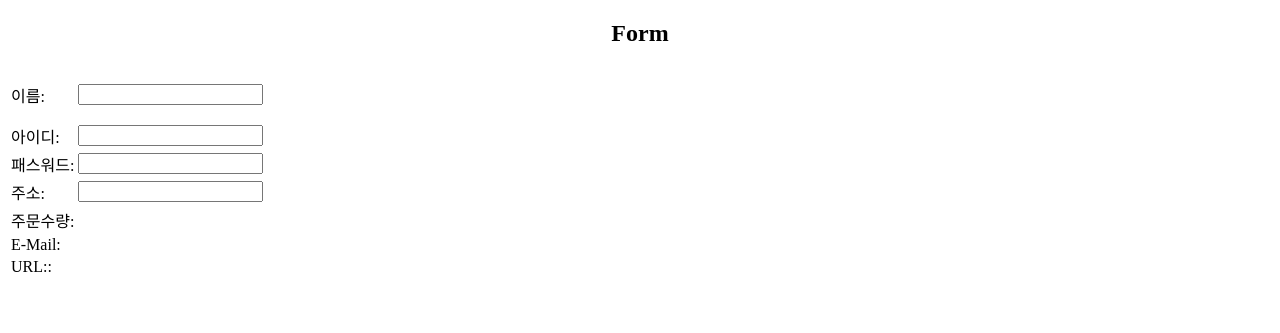
Repository: gyujin91/JSP
Page: web01/src/main/webapp/form.html
An editor plug-in stored every save of this project. The page is shown before and after the next save, followed by the edit.
The browser window is 1280 px wide. The pictures show the whole page.

Above is the page before, as saved 2022-04-22 05:08:11.

### web01/src/main/webapp/form.html
<!DOCTYPE html>
<html>
<head>
<meta charset="UTF-8">
<link rel="stylesheet" type="text/css" href="">
<style>
.form{text-align: center;}
</style>

<title>Form Sample</title>
</head>
<body>
	<h2 class="form">Form</h2>
	<form action="loginPro.jsp" method="post" name="twin">
        <table>
            <tr>
                <td height="50">이름:</td>
                <td><input type="text" name="name"></td>
            </tr>
            <tr>
            	<td>아이디:
            	<td><input type="text" name="uid"></td>
            </tr>
            <tr>
            	<td>패스워드:
            	<td><input type="password" name="upw"></td>
            </tr><tr>
            	<td>주소:
            	<td><input type="text" name="adrr"></td>
            </tr><tr>
            	<td>주문수량:
            </tr><tr>
            	<td>E-Mail:
            </tr><tr>
            	<td>URL::
            </tr>
        </table>




</body>
</html>

After the next save:
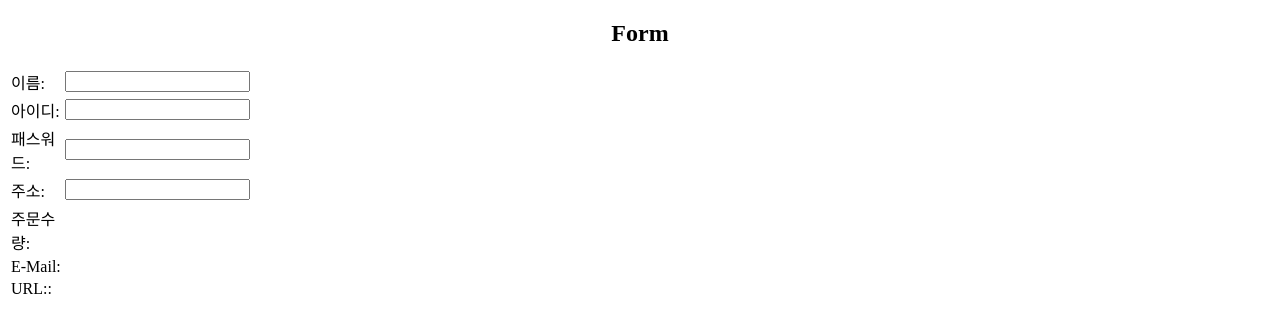
Saved 18 s later.
--- a/web01/src/main/webapp/form.html
+++ b/web01/src/main/webapp/form.html
@@ -14,7 +14,7 @@
 	<form action="loginPro.jsp" method="post" name="twin">
         <table>
             <tr>
-                <td height="50">이름:</td>
+                <td width="50">이름:</td>
                 <td><input type="text" name="name"></td>
             </tr>
             <tr>
